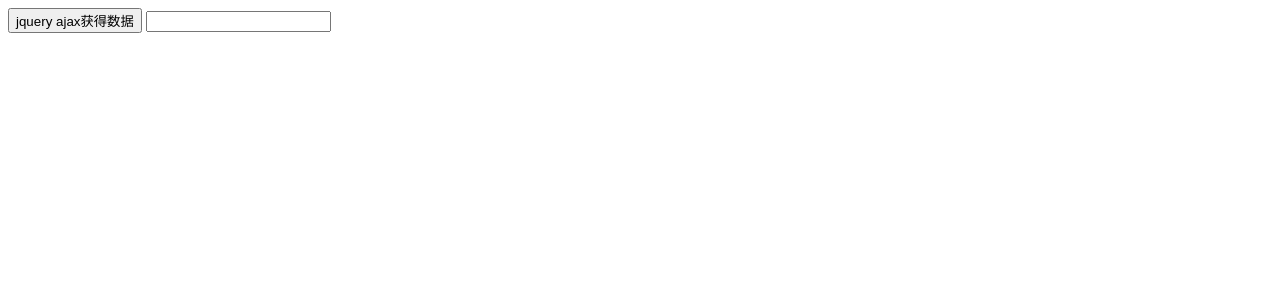
Repository: jsjchai/springmvc_study
Page: http://localhost/jquery02_ajax_json/post.jsp
An editor plug-in stored every save of this project. The page is shown before and after the next save, followed by the edit.
The browser window is 1280 px wide. The pictures show the whole page.
The page is served by Tomcat 9.

Above is the page before, as saved 2015-04-08 15:27:36.

After the next save:
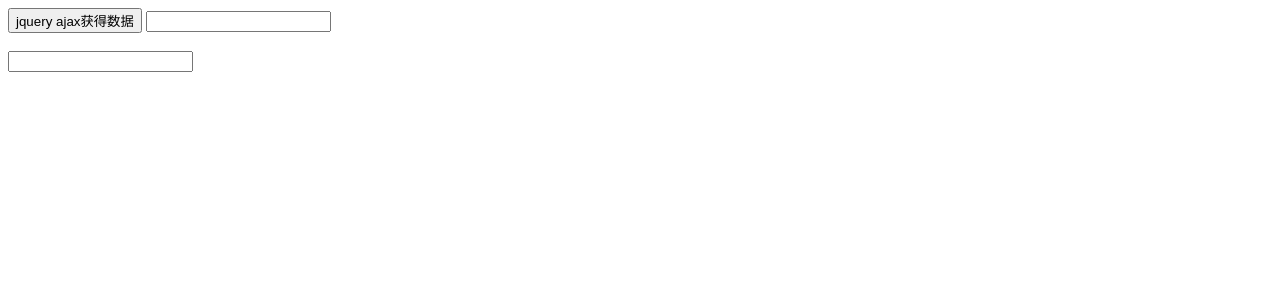
Saved 46 s later.
--- a/springmvc/jquery/jquery02_ajax_json/WebContent/post.jsp
+++ b/springmvc/jquery/jquery02_ajax_json/WebContent/post.jsp
@@ -18,6 +18,7 @@
 </head>
 <body>
 	<input type="button" id="b1" value="jquery ajax获得数据">
-	<input type="text" id="name">
+	<input type="text" id="name"><br><br>
+	<input type="text" id="age">
 </body>
 </html>
